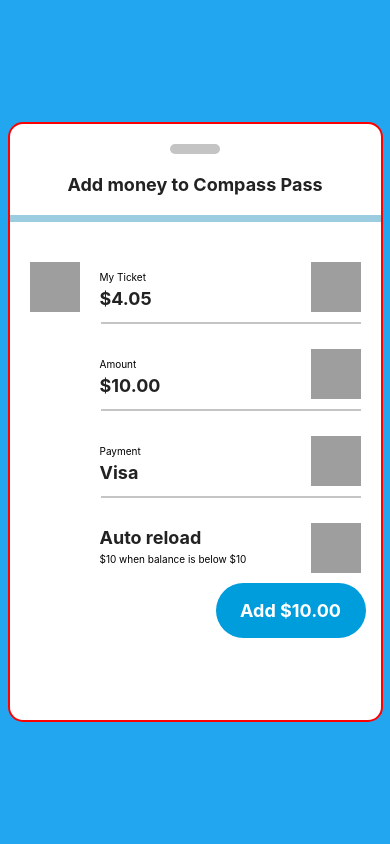
Repository: wilyyy/CompassPlus
Page: /
An editor plug-in stored every save of this project. The page is shown before and after the next save, followed by the edit.
The browser window is 390 px wide. The pictures show the whole page.
Pictures or frames that could not be fetched are drawn as grey boxes. The app was drawn by React Native's web renderer in a window 390 px wide. The project was rebuilt for these pictures with package versions that can differ from the ones it lists, and the page was loaded fresh each time. Also part of the build but not shown: constants/styles.js, comps/CompassCardParent/cardManager.js, comps/CompassCardParent/transferFunds.js, comps/LinkCompassCard/index.js, comps/RideCardCont/index.js, storybook/stories/CenterView/style.js, comps/SignUpTransitCard/index.js.

Above is the page before, as saved 2021-10-30 19:56:55.

After the next save:
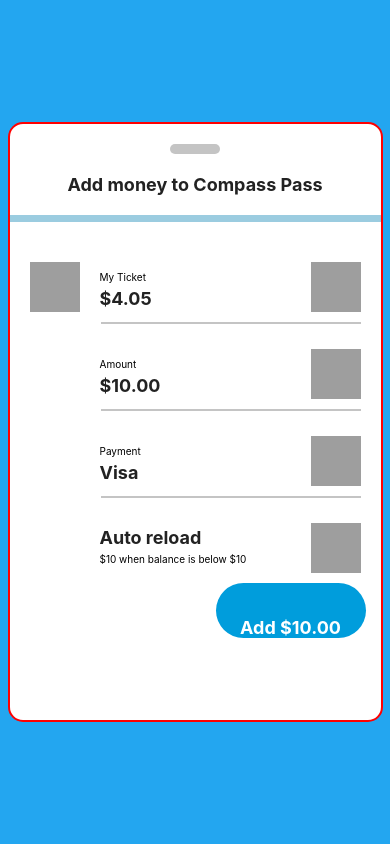
Saved 12 s later.
--- a/comps/CompassCardParent/CardManager/AddFunds/index.js
+++ b/comps/CompassCardParent/CardManager/AddFunds/index.js
@@ -222,7 +222,7 @@
         borderRadius: 50,
         alignSelf: 'flex-end',
         right: 15,
-        justifyContent: 'center',
-        bottom: 0,
+        justifyContent: 'flex-end',
+
     }
 })

After the save that followed:
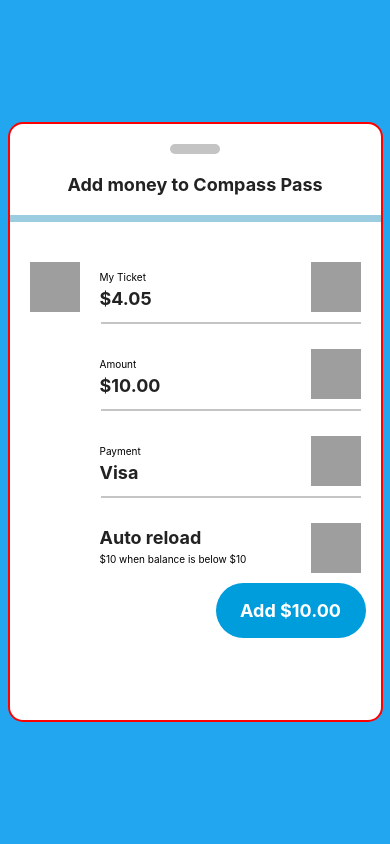
Saved 4 s later.
--- a/comps/CompassCardParent/CardManager/AddFunds/index.js
+++ b/comps/CompassCardParent/CardManager/AddFunds/index.js
@@ -222,7 +222,7 @@
         borderRadius: 50,
         alignSelf: 'flex-end',
         right: 15,
-        justifyContent: 'flex-end',
+        justifyContent: 'center',
 
     }
 })
